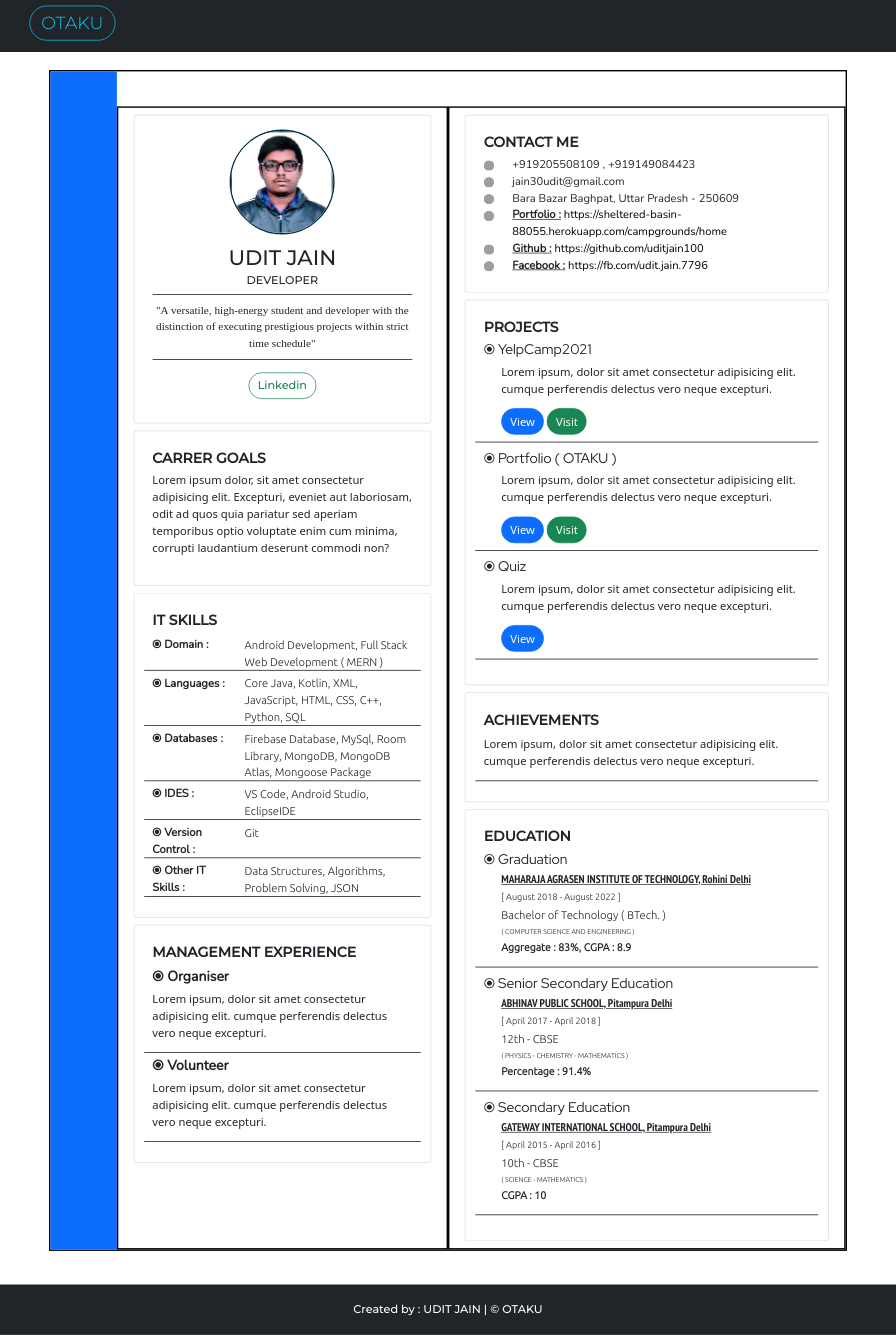
Repository: uditjain100/Responsive-Resume
Page: layouts/index.html
An editor plug-in stored every save of this project. The page is shown before and after the next save, followed by the edit.
The browser window is 1280 px wide. The pictures show the whole page, at 70% of full size.
Pictures or frames that could not be fetched are drawn as grey boxes. Some web fonts or font styles are not loaded; a fallback is used. Some web libraries are served in a nearby version.

Above is the page before, as saved 2021-03-01 18:51:51.

### layouts/index.html
<!DOCTYPE html>
<html lang="en">
  <head>
    <meta charset="UTF-8" />
    <meta http-equiv="X-UA-Compatible" content="IE=edge" />
    <meta name="viewport" content="width=device-width, initial-scale=1.0" />
    <title>Udit Jain</title>
    <link rel="stylesheet" href="app.css" />
    <link
      href="https://cdn.jsdelivr.net/npm/bootstrap@5.0.0-beta1/dist/css/bootstrap.min.css"
      rel="stylesheet"
      integrity="sha384-giJF6kkoqNQ00vy+HMDP7azOuL0xtbfIcaT9wjKHr8RbDVddVHyTfAAsrekwKmP1"
      crossorigin="anonymous"
    />

    <link rel="preconnect" href="https://fonts.gstatic.com" />
    <link
      href="https://fonts.googleapis.com/css2?family=Montserrat:wght@300;500&display=swap"
      rel="stylesheet"
    />
    <link
      href="https://fonts.googleapis.com/css2?family=Roboto+Slab:wght@300&display=swap"
      rel="stylesheet"
    />
    <link
      href="https://fonts.googleapis.com/css2?family=Spartan:wght@500&display=swap"
      rel="stylesheet"
    />
    <link
      href="https://fonts.googleapis.com/css2?family=Red+Hat+Display&display=swap"
      rel="stylesheet"
    />
    <link
      href="https://fonts.googleapis.com/css2?family=Ubuntu:wght@300&display=swap"
      rel="stylesheet"
    />
    <link
      href="https://fonts.googleapis.com/css2?family=Quicksand:wght@700&display=swap"
      rel="stylesheet"
    />
    <link
      href="https://fonts.googleapis.com/css2?family=Nunito&display=swap"
      rel="stylesheet"
    />
    <link
      href="https://fonts.googleapis.com/css2?family=Akaya+Kanadaka&display=swap"
      rel="stylesheet"
    />
    <link
      href="https://fonts.googleapis.com/css2?family=Akaya+Kanadaka&family=PT+Sans+Narrow:wght@700&display=swap"
      rel="stylesheet"
    />
  </head>
  <body>
    <header class="header">
      <nav class="navbar navbar-expand-lg navbar-light bg-dark pb-3 fixed-top">
        <div class="container-fluid">
          <a
            id="navtitle"
            class="navbar-brand text-info px-3 rounded-pill border border-info"
            href="#"
            >OTAKU</a
          >
        </div>
      </nav>
    </header>

    <div class="container">
      <div id="wholewindow" class="row">
        <div class="col-1 bg-primary"></div>
        <div id="leftwindow" class="col-5">
          <div id="namebox" class="card">
            <img
              id="profileimg"
              src="profile.jpg"
              class="card-img-top"
              alt="..."
            />
            <div class="card-body">
              <h3 class="card-title" style="font-size: 30px; font-weight: 400">
                UDIT JAIN
              </h3>
              <h6 class="card-subtitle">DEVELOPER</h6>
              <p id="summary">
                "A versatile, high-energy student and developer with the
                distinction of executing prestigious projects within strict time
                schedule"
              </p>
              <a href="#" class="btn btn-outline-success rounded-pill m-2"
                >Linkedin</a
              >
            </div>
          </div>
          <div id="goalbox" class="card">
            <div class="card-body">
              <h3 class="card-title">CARRER GOALS</h3>
              <p>
                Lorem ipsum dolor, sit amet consectetur adipisicing elit.
                Excepturi, eveniet aut laboriosam, odit ad quos quia pariatur
                sed aperiam temporibus optio voluptate enim cum minima, corrupti
                laudantium deserunt commodi non?
              </p>
            </div>
          </div>
          <div id="itskillsbox" class="card">
            <div class="card-body">
              <h3 class="card-title">IT SKILLS</h3>
              <ul class="list-group">
                <li id="itskillsitem" class="row">
                  <span class="col-4" id="que">⦿ Domain : </span>
                  <span class="col-8" id="ans"
                    >Android Development, Full Stack Web Development ( MERN
                    )</span
                  >
                </li>
                <li id="itskillsitem" class="row">
                  <span class="col-4" id="que">⦿ Languages : </span>
                  <span class="col-8" id="ans"
                    >Core Java, Kotlin, XML, JavaScript, HTML, CSS, C++, Python,
                    SQL</span
                  >
                </li>
                <li id="itskillsitem" class="row">
                  <span class="col-4" id="que">⦿ Databases : </span>
                  <span class="col-8" id="ans"
                    >Firebase Database, MySql, Room Library, MongoDB, MongoDB
                    Atlas, Mongoose Package</span
                  >
                </li>
                <li id="itskillsitem" class="row">
                  <span class="col-4" id="que">⦿ IDES : </span>
                  <span class="col-8" id="ans"
                    >VS Code, Android Studio, EclipseIDE</span
                  >
                </li>
                <li id="itskillsitem" class="row">
                  <span class="col-4" id="que">⦿ Version Control : </span>
                  <span class="col-8" id="ans">Git</span>
                </li>
                <li id="itskillsitem" class="row">
                  <span class="col-4" id="que">⦿ Other IT Skills : </span>
                  <span class="col-8" id="ans"
                    >Data Structures, Algorithms, Problem Solving, JSON</span
                  >
                </li>
              </ul>
            </div>
          </div>
          <div id="managementskillsbox" class="card">
            <div class="card-body">
              <h3 class="card-title">MANAGEMENT EXPERIENCE</h3>
              <ul class="list-group">
                <li id="managementskillsitem" class="row">
                  <h5 id="que" class="display-10">⦿ Organiser</h5>
                  <p>
                    Lorem ipsum, dolor sit amet consectetur adipisicing elit.
                    cumque perferendis delectus vero neque excepturi.
                  </p>
                </li>
                <li id="managementskillsitem" class="row">
                  <h5 id="que" class="display-10">⦿ Volunteer</h5>
                  <p>
                    Lorem ipsum, dolor sit amet consectetur adipisicing elit.
                    cumque perferendis delectus vero neque excepturi.
                  </p>
                </li>
              </ul>
            </div>
          </div>
        </div>
        <div id="rightwindow" class="col-6">
          <div id="contactbox" class="card">
            <div class="card-body">
              <h3 class="card-title">CONTACT ME</h3>
              <ul class="list-group">
                <li id="contactitem" class="row">
                  <div class="col-1">
                    <img
                      src="https://cdn.jsdelivr.net/npm/simple-icons@3.0.1/icons/android.svg"
                      alt=""
                    />
                  </div>
                  <div class="col-11">+919205508109 , +919149084423</div>
                </li>
                <li id="contactitem" class="row">
                  <div class="col-1">
                    <img
                      src="https://cdn.jsdelivr.net/npm/simple-icons@3.0.1/icons/gmail.svg"
                      alt=""
                    />
                  </div>
                  <div class="col-11">jain30udit@gmail.com</div>
                </li>
                <li id="contactitem" class="row">
                  <div class="col-1">
                    <img
                      src="https://cdn.jsdelivr.net/npm/simple-icons@3.0.1/icons/googlemaps.svg"
                      alt=""
                    />
                  </div>
                  <div class="col-11">
                    Bara Bazar Baghpat, Uttar Pradesh - 250609
                  </div>
                </li>
                <li id="contactitem" class="row">
                  <div class="col-1">
                    <img
                      src="https://cdn.jsdelivr.net/npm/simple-icons@4.13.0/icons/webpack.svg"
                      alt=""
                    />
                  </div>
                  <div style="text-align: left; margin-left: 0" class="col-11">
                    <span style="text-decoration: underline; font-weight: 800"
                      >Portfolio :</span
                    >
                    <a
                      href="https://sheltered-basin-88055.herokuapp.com/campgrounds/home"
                      ><span
                        >https://sheltered-basin-88055.herokuapp.com/campgrounds/home</span
                      ></a
                    >
                  </div>
                </li>
                <li id="contactitem" class="row">
                  <div class="col-1">
                    <img
                      src="https://cdn.jsdelivr.net/npm/simple-icons@4.13.0/icons/github.svg"
                      alt=""
                    />
                  </div>
                  <div style="text-align: left; margin-left: 0" class="col-11">
                    <span style="text-decoration: underline; font-weight: 800"
                      >Github :</span
                    >
                    <a href="https://github.com/uditjain100"
                      ><span>https://github.com/uditjain100</span></a
                    >
                  </div>
                </li>
                <li id="contactitem" class="row">
                  <div class="col-1">
                    <img
                      src="https://cdn.jsdelivr.net/npm/simple-icons@4.13.0/icons/facebook.svg"
                      alt=""
                    />
                  </div>
                  <div style="text-align: left; margin-left: 0" class="col-11">
                    <span style="text-decoration: underline; font-weight: 800"
                      >Facebook :</span
                    >
                    <a href="https://fb.com/udit.jain.7796"
                      ><span>https://fb.com/udit.jain.7796</span></a
                    >
                  </div>
                </li>
              </ul>
            </div>
          </div>
          <div id="projectbox" class="card">
            <div class="card-body">
              <h3 class="card-title">PROJECTS</h3>
              <ul class="list-group">
                <li id="projectitem" class="row">
                  <h5 id="projecttitle" class="display-10">⦿ YelpCamp2021</h5>
                  <div id="projectdetails">
                    <p>
                      Lorem ipsum, dolor sit amet consectetur adipisicing elit.
                      cumque perferendis delectus vero neque excepturi.
                    </p>
                    <span>
                      <a href="" class="btn btn-primary rounded-pill">View</a>
                      <a href="" class="btn btn-success rounded-pill">Visit</a>
                    </span>
                  </div>
                </li>
                <li id="projectitem" class="row">
                  <h5 id="projecttitle" class="display-10">
                    ⦿ Portfolio ( OTAKU )
                  </h5>
                  <div id="projectdetails">
                    <p>
                      Lorem ipsum, dolor sit amet consectetur adipisicing elit.
                      cumque perferendis delectus vero neque excepturi.
                    </p>
                    <span>
                      <a
                        href="https://github.com/uditjain100/YelpCamp2021"
                        class="btn btn-primary rounded-pill"
                        >View</a
                      >
                      <a
                        href="https://sheltered-basin-88055.herokuapp.com/campgrounds/home"
                        class="btn btn-success rounded-pill"
                        >Visit</a
                      >
                    </span>
                  </div>
                </li>
                <li id="projectitem" class="row">
                  <h5 id="projecttitle" class="display-10">⦿ Quiz</h5>
                  <div id="projectdetails">
                    <p>
                      Lorem ipsum, dolor sit amet consectetur adipisicing elit.
                      cumque perferendis delectus vero neque excepturi.
                    </p>
                    <span>
                      <a
                        href="https://github.com/uditjain100/Quiz"
                        class="btn btn-primary rounded-pill"
                        >View</a
                      >
                    </span>
                  </div>
                </li>
              </ul>
            </div>
          </div>
          <div id="managementskillsbox" class="card">
            <div class="card-body">
              <h3 class="card-title">ACHIEVEMENTS</h3>
              <ul class="list-group">
                <li id="managementskillsitem" class="row">
                  <p>
                    Lorem ipsum, dolor sit amet consectetur adipisicing elit.
                    cumque perferendis delectus vero neque excepturi.
                  </p>
                </li>
              </ul>
            </div>
          </div>
          <div id="educationbox" class="card">
            <div class="card-body">
              <h3 class="card-title">EDUCATION</h3>
              <ul class="list-group">
                <li id="educationitem" class="row">
                  <h5 id="educationtitle" class="display-10">⦿ Graduation</h5>
                  <div id="details" style="margin-left: 25px">
                    <h6
                      id="institutename"
                      style="font-family: 'PT Sans Narrow'"
                      class="display-12"
                    >
                      MAHARAJA AGRASEN INSTITUTE OF TECHNOLOGY, Rohini Delhi
                    </h6>
                    <h6
                      class="text-fade"
                      id="timestamp"
                      style="font-weight: 400"
                    >
                      [ August 2018 - August 2022 ]
                    </h6>
                    <h6 id="stream">Bachelor of Technology ( BTech. )</h6>
                    <h6 id="subjects">( COMPUTER SCIENCE AND ENGINEERING )</h6>
                    <h6 id="marks">Aggregate : 83%, CGPA : 8.9</h6>
                  </div>
                </li>
                <li id="educationitem" class="row">
                  <h5 id="educationtitle" class="display-10">
                    ⦿ Senior Secondary Education
                  </h5>
                  <div id="details" style="margin-left: 25px">
                    <h6
                      id="institutename"
                      style="font-family: 'PT Sans Narrow'"
                      class="display-12"
                    >
                      ABHINAV PUBLIC SCHOOL, Pitampura Delhi
                    </h6>
                    <h6
                      class="text-fade"
                      id="timestamp"
                      style="font-weight: 400"
                    >
                      [ April 2017 - April 2018 ]
                    </h6>
                    <h6 id="stream">12th - CBSE</h6>
                    <h6 id="subjects">( PHYSICS - CHEMISTRY - MATHEMATICS )</h6>
                    <h6 id="marks">Percentage : 91.4%</h6>
                  </div>
                </li>
                <li id="educationitem" class="row">
                  <h5 id="educationtitle" class="display-10">
                    ⦿ Secondary Education
                  </h5>
                  <div id="details" style="margin-left: 25px">
                    <h6
                      id="institutename"
                      style="font-family: 'PT Sans Narrow'"
                      class="display-12"
                    >
                      GATEWAY INTERNATIONAL SCHOOL, Pitampura Delhi
                    </h6>
                    <h6
                      class="text-fade"
                      id="timestamp"
                      style="font-weight: 400"
                    >
                      [ April 2015 - April 2016 ]
                    </h6>
                    <h6 id="stream">10th - CBSE</h6>
                    <h6 id="subjects">( SCIENCE - MATHEMATICS )</h6>
                    <h6 id="marks">CGPA : 10</h6>
                  </div>
                </li>
              </ul>
            </div>
          </div>
        </div>
      </div>
    </div>

    <footer class="footer bg-dark mt-5 py-4">
      <div class="container">
        <span class="" style="text-align: center"
          >Created by : UDIT JAIN | &copy; OTAKU</span
        >
      </div>
    </footer>

    <script
      src="https://cdn.jsdelivr.net/npm/@popperjs/core@2.6.0/dist/umd/popper.min.js"
      integrity="sha384-KsvD1yqQ1/1+IA7gi3P0tyJcT3vR+NdBTt13hSJ2lnve8agRGXTTyNaBYmCR/Nwi"
      crossorigin="anonymous"
    ></script>
    <script
      src="https://cdn.jsdelivr.net/npm/bootstrap@5.0.0-beta2/dist/js/bootstrap.min.js"
      integrity="sha384-nsg8ua9HAw1y0W1btsyWgBklPnCUAFLuTMS2G72MMONqmOymq585AcH49TLBQObG"
      crossorigin="anonymous"
    ></script>

    <script src="https://cdnjs.cloudflare.com/ajax/libs/typed.js/2.0.11/typed.min.js"></script>

    <script src="app.js"></script>
  </body>
</html>

### layouts/app.css
/* * Common Section */

@keyframes transitionIn {
  from {
    opacity: 0;
    transform: rotateY(-10deg);
  }
  to {
    opacity: 1;
    transform: rotateY(0);
  }
}

html {
  animation: transitionIn 1s;
}

/* * Navbar Section */

#navtitle {
  font-family: "Montserrat";
  font-size: 25px;
  font-weight: 300;
  margin-left: 30px;
}

#navlist li {
  font-family: "Montserrat";
  font-weight: 200;
  margin: 10px;
  padding: 10px;
  font-size: 20px;
  transition: 0.1s;
  display: flex;
  flex-direction: column-reverse;
  align-items: center;
}

#navlist li img {
  width: 30px;
  display: none;
  height: 30px;
  margin: 5px;
  border-radius: 50%;
}

#navlist li:hover {
  font-weight: 500;
  border-bottom-left-radius: 10%;
  border-bottom-right-radius: 10%;
  border-bottom: 2px white solid;
}

@media (max-width: 993px) {
  #navlist li img {
    display: flex;
    background-color: grey;
  }
}

/*  ********************* resume work */

#wholewindow {
  margin-top: 100px;
  border: 2px black solid;
  display: flex;
  flex-direction: row;
  flex-wrap: wrap;
  justify-content: space-evenly;
  /* align-items: center; */
}

#leftwindow,
#rightwindow {
  margin-top: 50px;
  border: 2px black solid;
  min-width: 400px;
}

#namebox {
  display: flex;
  flex-direction: column;
  flex-wrap: wrap;
  justify-content: space-evenly;
  align-items: center;
  text-align: center;
  font-family: "Montserrat";
}

#profileimg {
  width: 150px;
  height: 150px;
  border-radius: 50%;
  border: 2px #003049 solid;
  margin-top: 10px;
}
#summary {
  font-family: "Akaya Kanadaka";
  margin-top: 10px;
  margin-bottom: 10px;
  padding-top: 10px;
  padding-bottom: 10px;

  border-bottom: 1px black solid;
  border-top: 1px black solid;
}

#itskillsitem,
#managementskillsitem {
  border-bottom: 1px black solid;
  margin-top: 3px;
  margin-bottom: 3px;
}

#que {
  font-family: "Nunito";
  font-weight: 900;
  text-align: left;
}

#ans {
  font-family: "Ubuntu";
  font-weight: 400;
  text-align: left;
}

li img {
  width: 15px;
  height: 15px;
  border-radius: 50%;
  margin-right: 5px;
}

#contactitem {
  font-family: "Nunito";
}

#contactitem div a {
  color: black;
  text-decoration: none;
  transition: 0.3s;
}

#contactitem div a:hover {
  color: dodgerblue;
  text-decoration: underline;
}

#educationtitle {
  font-family: "Red Hat Display";
  font-weight: 200;
}

#educationitem,
#projectitem {
  margin-bottom: 10px;
  padding-bottom: 10px;
  border-bottom: 1px black solid;
}

#details {
  font-family: "Ubuntu";
}

#institutename {
  text-decoration: underline;
}

#timestamp {
  font-size: 13px;
}

#stream {
  font-size: 16px;
  font-weight: 400;
}

#subjects {
  font-size: 10px;
  font-weight: 300;
}

#marks {
  font-size: 15px;
  font-weight: 700;
}

#projecttitle {
  font-family: "Red Hat Display";
  font-weight: 400;
}

#projectdetails {
  margin-left: 25px;
}

.card {
  margin: 10px;
  padding: 10px;
}

.card-title {
  font-family: "Montserrat";
  font-weight: 900;
  font-size: 20px;
}

/* * Common Section */

.footer {
  position: -webkit-sticky;
  left: 0;
  bottom: 0;
  width: 100%;
  color: white;
  text-align: center;
  font-family: "Montserrat";
}

Loaded but not shown: layouts/app.js (no copy from this time; the picture is the same without it)

After the next save:
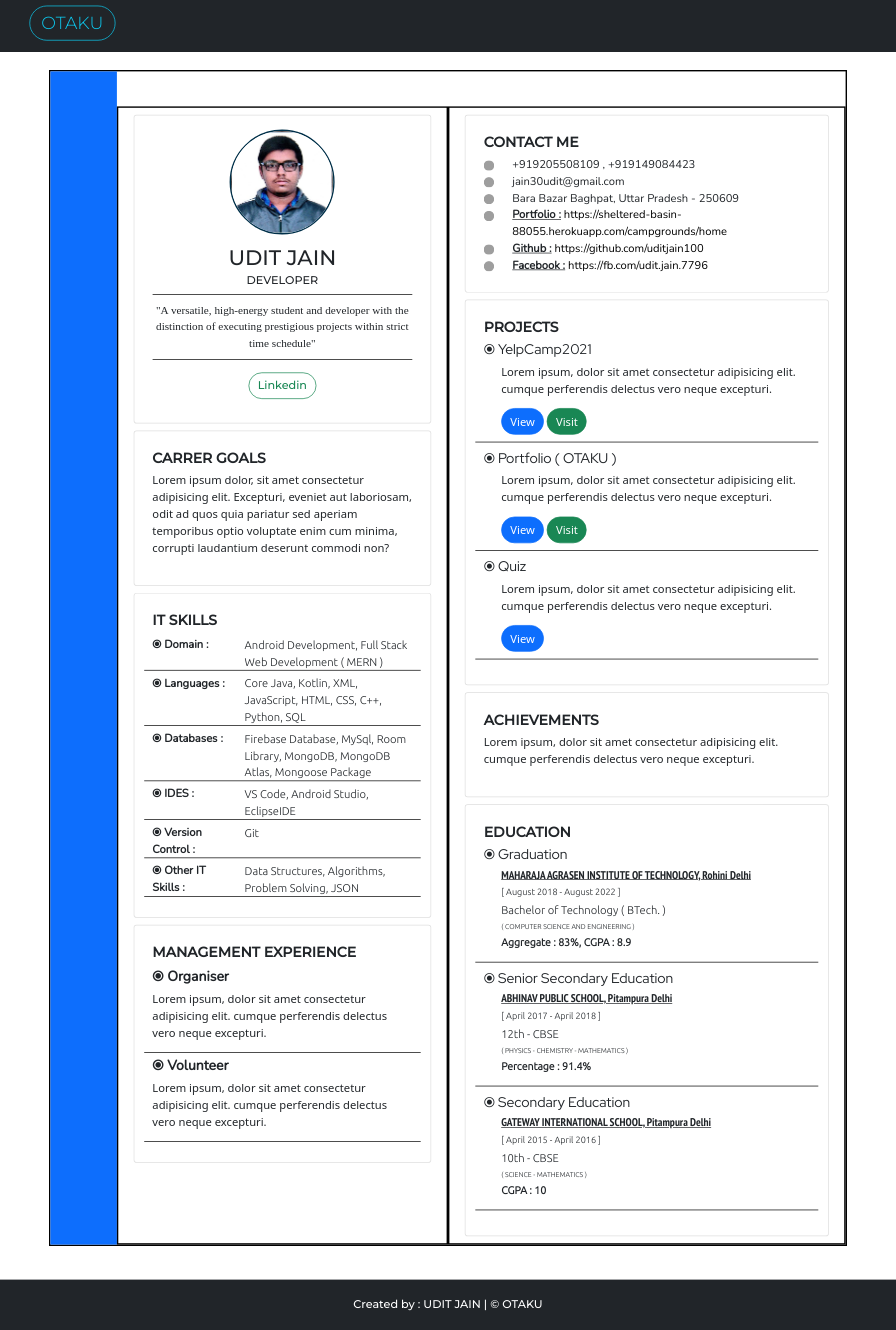
Saved 53 s later.
--- a/layouts/index.html
+++ b/layouts/index.html
@@ -315,11 +315,11 @@
               </ul>
             </div>
           </div>
-          <div id="managementskillsbox" class="card">
+          <div id="achievementsbox" class="card">
             <div class="card-body">
               <h3 class="card-title">ACHIEVEMENTS</h3>
               <ul class="list-group">
-                <li id="managementskillsitem" class="row">
+                <li id="achievementitem" class="row">
                   <p>
                     Lorem ipsum, dolor sit amet consectetur adipisicing elit.
                     cumque perferendis delectus vero neque excepturi.
